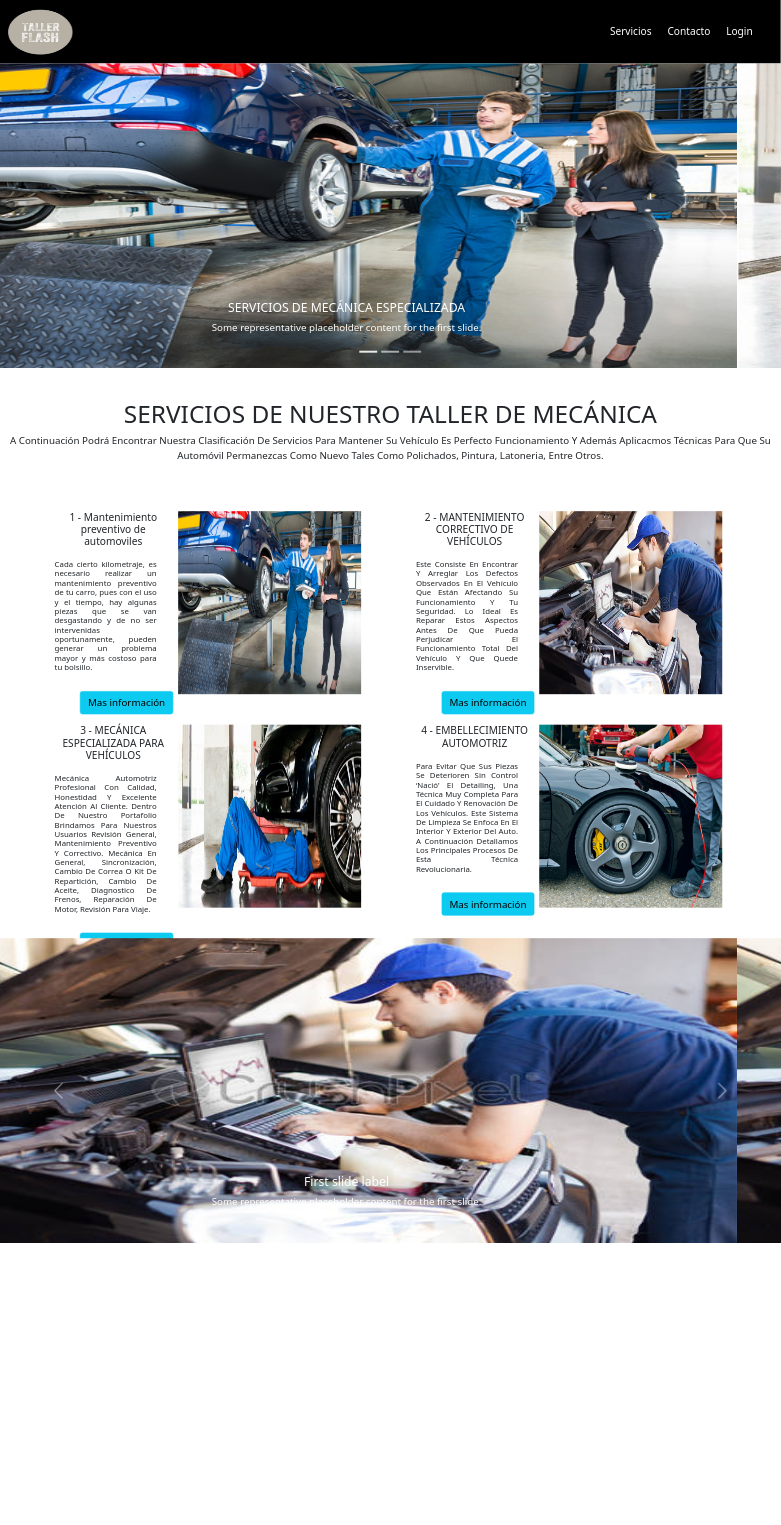
Repository: nder1996/Boostrap.Taller.Arquitectura
Page: Index.html
An editor plug-in stored every save of this project. The page is shown before and after the next save, followed by the edit.
The browser window is 1280 px wide. The pictures show the whole page, at 61% of full size.

Above is the page before, as saved 2021-07-23 07:14:14.

After the next save:
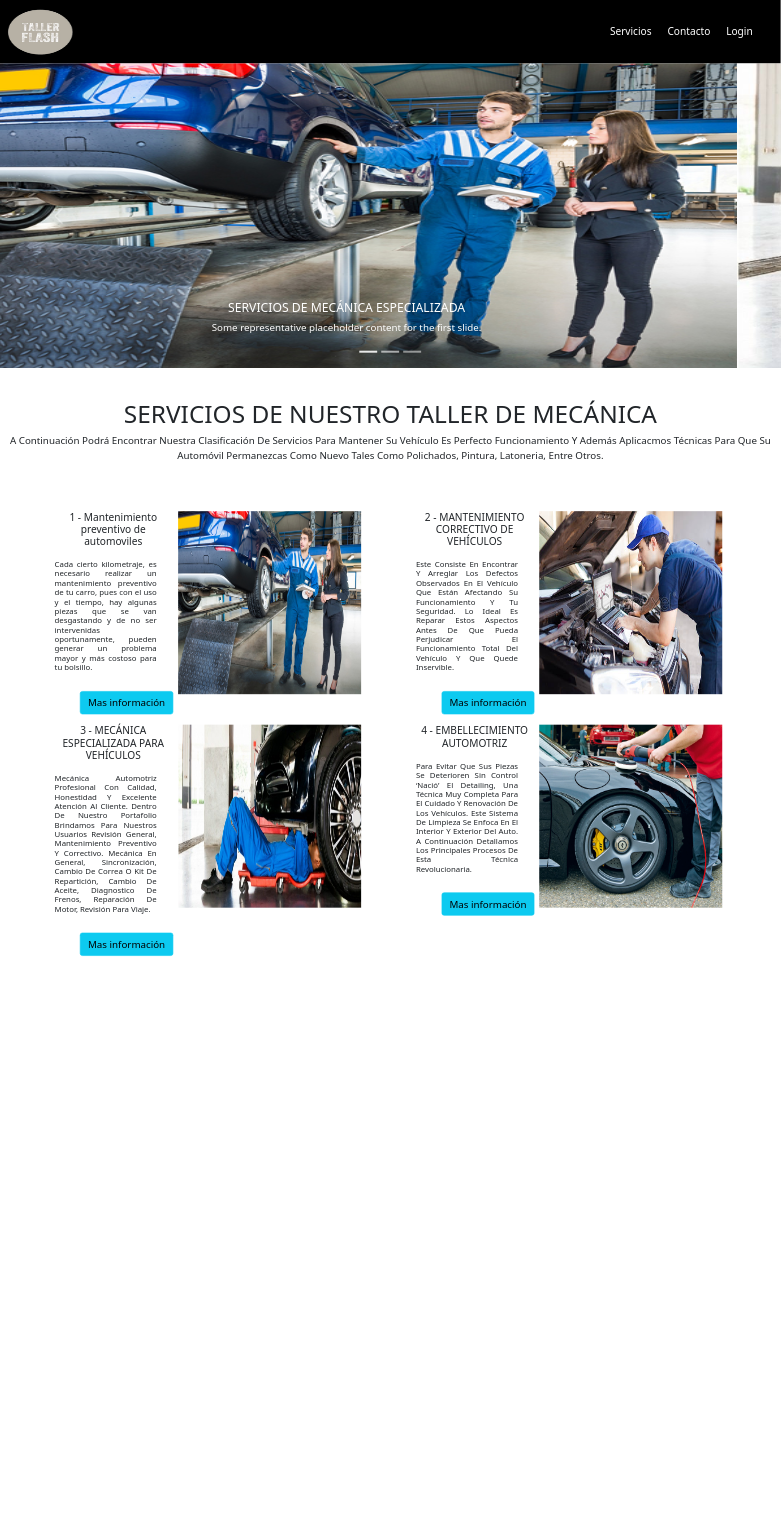
Saved 40 s later.
--- a/Index.html
+++ b/Index.html
@@ -159,44 +159,7 @@
 			</div>
 		</div>
 
-		<div id="carouselExampleCaptions" class="carousel slide" data-bs-ride="carousel">
-			<div class="carousel-indicators">
-			  <button type="button" data-bs-target="#carouselExampleCaptions" data-bs-slide-to="0" class="active" aria-current="true" aria-label="Slide 1"></button>
-			  <button type="button" data-bs-target="#carouselExampleCaptions" data-bs-slide-to="1" aria-label="Slide 2"></button>
-			  <button type="button" data-bs-target="#carouselExampleCaptions" data-bs-slide-to="2" aria-label="Slide 3"></button>
-			</div>
-			<div class="carousel-inner">
-			  <div class="carousel-item active">
-				<div><img src="img/Mantenimiento_2.png" alt="" width="300px" height="300px"></div>
-				<div class="carousel-caption d-none d-md-block">
-				  <h5>First slide label</h5>
-				  <p>Some representative placeholder content for the first slide.</p>
-				</div>
-			  </div>
-			  <div class="carousel-item">
-				<div><img src="img/Mantenimiento_2.png" alt="" width="300px" height="300px"></div>
-				<div class="carousel-caption d-none d-md-block">
-				  <h5>Second slide label</h5>
-				  <p>Some representative placeholder content for the second slide.</p>
-				</div>
-			  </div>
-			  <div class="carousel-item">
-				<div><img src="img/Mantenimiento_2.png" alt="" width="300px" height="300px"></div>
-				<div class="carousel-caption d-none d-md-block">
-				  <h5>Third slide label</h5>
-				  <p>Some representative placeholder content for the third slide.</p>
-				</div>
-			  </div>
-			</div>
-			<button class="carousel-control-prev" type="button" data-bs-target="#carouselExampleCaptions" data-bs-slide="prev">
-			  <span class="carousel-control-prev-icon" aria-hidden="true"></span>
-			  <span class="visually-hidden">Previous</span>
-			</button>
-			<button class="carousel-control-next" type="button" data-bs-target="#carouselExampleCaptions" data-bs-slide="next">
-			  <span class="carousel-control-next-icon" aria-hidden="true"></span>
-			  <span class="visually-hidden">Next</span>
-			</button>
-		  </div>
+
 
 	<!--
 		<div><img src="img/Mantenimiento_2.png" alt="" width="300px" height="300px"></div>
